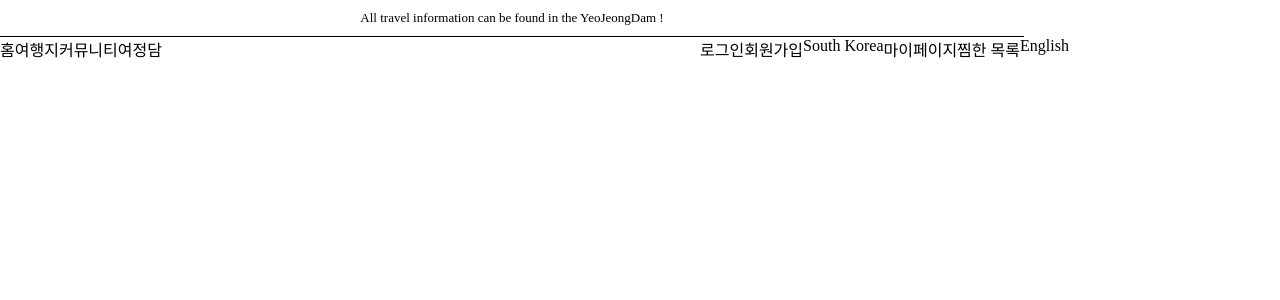
Repository: gaeunlee95/semi
Page: http://localhost/semi/main.jsp
An editor plug-in stored every save of this project. The page is shown before and after the next save, followed by the edit.
The browser window is 1280 px wide. The pictures show the whole page.
The page is served by Tomcat 9.

Above is the page before, as saved 2023-12-06 08:38:39.

After the next save:
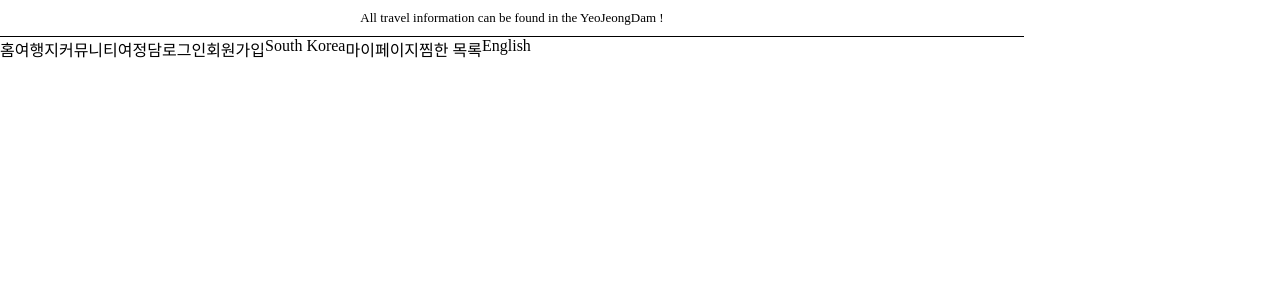
Saved 27 s later.
--- a/semi/src/main/webapp/resources/css/style.css
+++ b/semi/src/main/webapp/resources/css/style.css
@@ -22,7 +22,7 @@ header nav{
 	float:left;
 }
 header nav div{
-	float: left;
+	/*float: left;*/
 }
 header #menu ul li{
 	float: left;
